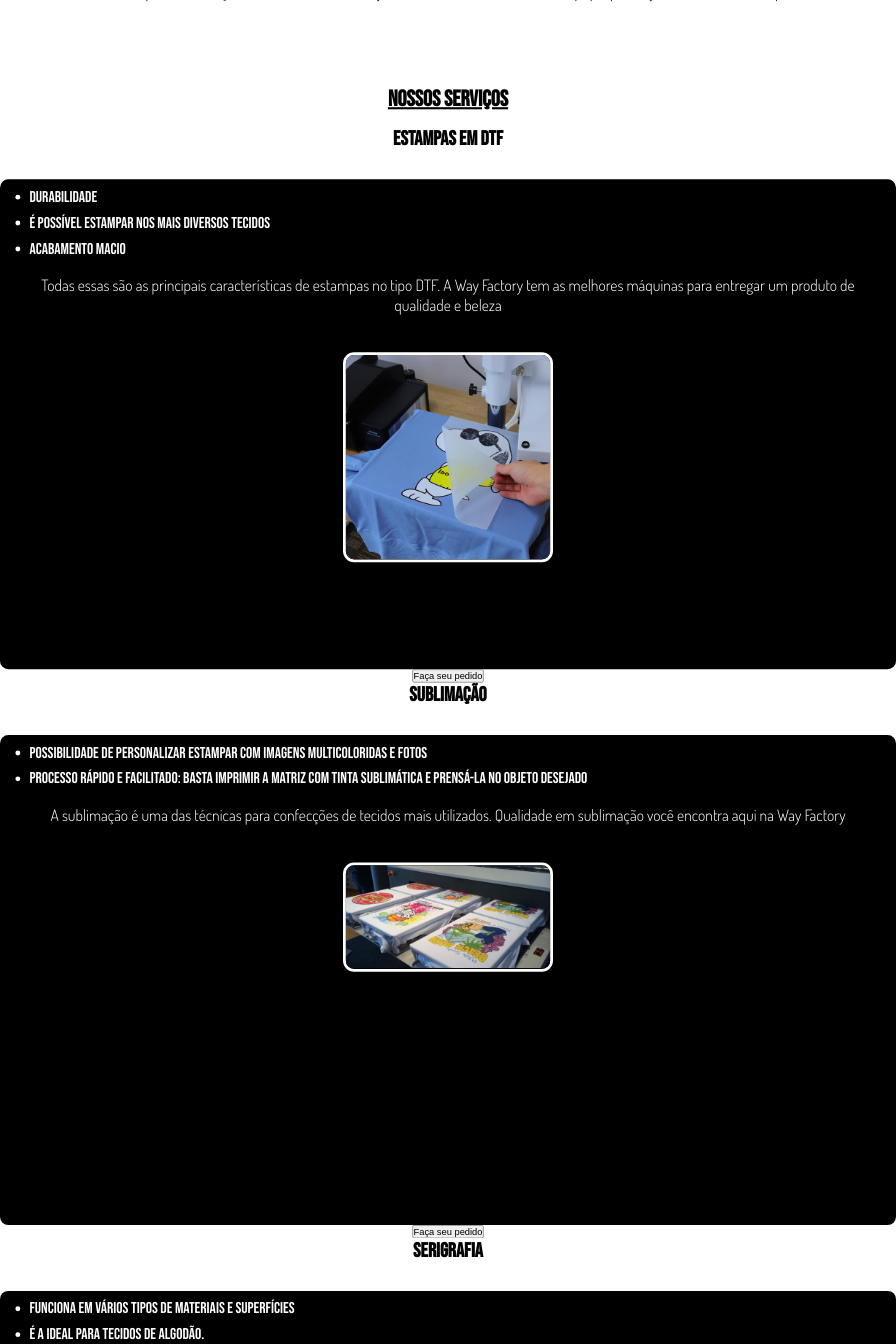
Repository: Leonngc/way-factory
Page: index.html
An editor plug-in stored every save of this project. The page is shown before and after the next save, followed by the edit.
The browser window is 1280 px wide. The pictures show the part of the page from y = 433 to 2353 px (the page is 3522 px tall), at 70% of full size.
Some icons come from a web library that is not loaded, so they are not drawn.

Above is the page before, as saved 2023-02-08 22:37:39.

### index.html
<!DOCTYPE html>
<html lang="pt-br">
  <head>
    <meta charset="UTF-8" />
    <meta http-equiv="X-UA-Compatible" content="IE=edge" />
    <meta name="viewport" content="width=device-width, initial-scale=1.0" />
    <link rel="shortcut icon" href="favicon.ico" type="image/x-icon" />
    <link
      rel="stylesheet"
      href="https://cdn-uicons.flaticon.com/uicons-bold-rounded/css/uicons-bold-rounded.css"
    />
    <link rel="stylesheet" href="styles/index.css">
    <title>Way Factory</title>
  </head>
  <body>
    <header>
      <img src="" alt="" id="logo" />
      <menu>
        <button id="menu-burguer"><i class="fi fi-br-menu-burger" ></i></button>
        <ul id="links-menu">
          <li><a href="about.html">Sobre</a></li>
          <li><a href="order.html">Como fazer seu pedido</a></li>
          <li><a href="contacts.html">Contatos</a></li>
        </ul>
      </menu>
    </header>

    <main>
      <div class="container-slogan">
        <div class="slogans">
          <h2>CONFIABILIDADE</h2>
          <p>
            Trabalhamos lado-a-lado com você, cumprindo nossos serviços com
            agilidade, qualidade e paixão pelo o que fazemos
          </p>
        </div>

        <div class="slogans">
          <h2>QUALIDADE</h2>
          <p>
            A Way Factory preza pela alta qualidade da sua personalização
            utilizando as técnicas mais modernas do mercado
          </p>
        </div>

        <div class="slogans">
          <h2>DO SEU JEITO</h2>
          <p>
            Fazemos a personalização exatamente do seu jeito contando com a
            nossa equipe para ajudá-lo na hora do pedido.
          </p>
        </div>
      </div>

      <section>
        <h2>NOSSOS SERVIÇOS</h2>
        <div  class="container-services">
          <h3>ESTAMPAS EM DTF</h3>
          <div>
            <ul>
              <li>DURABILIDADE</li>
              <li>É POSSÍVEL ESTAMPAR NOS MAIS DIVERSOS TECIDOS</li>
              <li>ACABAMENTO MACIO</li>
            </ul>

            <p>
              Todas essas são as principais características de estampas no tipo
              DTF. A Way Factory tem as melhores máquinas para entregar um
              produto de qualidade e beleza
              <div class="container-img"><img src="images/dtf.png" alt="Imagem de uma estampa em DTF" /></div>
            </p>
          </div>

        </div>
        <button>Faça seu pedido</button>
        <div class="container-services">
          <h3>SUBLIMAÇÃO</h3>
          <div>
            <ul>
              <li>
                Possibilidade de personalizar estampar com imagens
                multicoloridas e fotos
              </li>
              <li>
                Processo rápido e facilitado: basta imprimir a matriz com tinta
                sublimática e prensá-la no objeto desejado
              </li>
            </ul>
            <p>
              A sublimação é uma das técnicas para confecções de tecidos mais
              utilizados. Qualidade em sublimação você encontra aqui na Way
              Factory
              <div class="container-img"><img src="images/sublimacao.png" alt="Imagem de uma estampa em sublimação" /></div>
            </p>
          </div>
        </div>

        <button>Faça seu pedido</button>

        <div class="container-services">
            <h3>SERIGRAFIA</h3>
            <div>
                <ul>
                    <li>Funciona em vários tipos de materiais e superfícies</li>
                    <li>é a ideal para tecidos de algodão.</li>
                </ul>
                <p>Também é uma das técnicas de estampas mais usadas atualmente. Serigrafia com alta resolução e qualidade é na Way Factory</p>
            </div>
          <img src="" alt=""/>
        </div>
        <button>Faça seu pedido</button>
      </section>
    </main>
        <div>
            <img src="images/180_camiseta_de_algodao_preta_p_m_g_gg_931_1_91c3eb3d1cbb91f6ca1f162f1c7263c0.png" alt="">
        </div>
    <footer>
      <ul>
        <li>Endereço</li>
        <li>Telefone</li>
        <li>Instagram</li>
      </ul>
    </footer>
  </body>
</html>

### styles/index.css
@charset "UTF-8";

@import url('https://fonts.googleapis.com/css2?family=Bebas+Neue&display=swap');
@import url('https://fonts.googleapis.com/css2?family=Dosis:wght@300&display=swap');

:root{
    --bebas-neue: 'Bebas Neue', cursive;
    --dosis:'Dosis', sans-serif;
}

*{
    margin: 0px;
    padding: 0px;
    box-sizing: border-box;
}

header{
    background-color: black;
    height: 20vh;
    max-width: 100vw;
    width: 100vw;
    margin-bottom: 25px;
}
#menu-burguer{
    background-color: rgba(245, 245, 220, 0);
    color: white;
    font-size: 30px;
    padding: 9px;
}
#links-menu{
    background-color: white;
    max-width: 100vw;
    width: 100vw;
    display: none;
}
menu > ul > li > a{
    color: rgb(3, 3, 3);
    font-family: var(--bebas-neue);
    font-size: 18px;
    margin-left: 20px;
}

menu > ul > li{
    list-style: circle;
    padding: 6px;
}
.container-slogan{
    margin: 40px;
}
.slogans{
    text-align: center;
    font-family: var(--bebas-neue);
    margin-top: 25px;
}

.slogans > h2{
    font-size: 1.8em;
}

.slogans > p{
    font-size: 1.6em;
    font-family: var(--dosis);
}

section{
    text-align: center;
    margin-top: 100px;
}

section > h2{
    font-family: var(--bebas-neue);
    padding: 20px;
    font-size: 2em;
    text-decoration: underline;
}


.container-services > h3{
    font-family: var(--bebas-neue);
    font-size: 1.8em;
}

.container-services > div{
    margin-top: 40px;
    background-color: black;
    color: white;
    height: 700px;
    padding: 12px;
    border-radius: 12px;
}

.container-services > div > ul > li{
    text-align: left;
    margin-left: 30px;
    margin-bottom: 10px;
    font-size: 1.4em;
    font-family: var(--bebas-neue);
}

.container-services > div > p{
    font-family: var(--dosis);
    font-size: 1.4em;
    padding: 14px;
    margin-bottom: 40px;
}

.container-img > img{
    border: 4px solid white;
    border-radius: 16px;
    width: 300px;
}

After the next save:
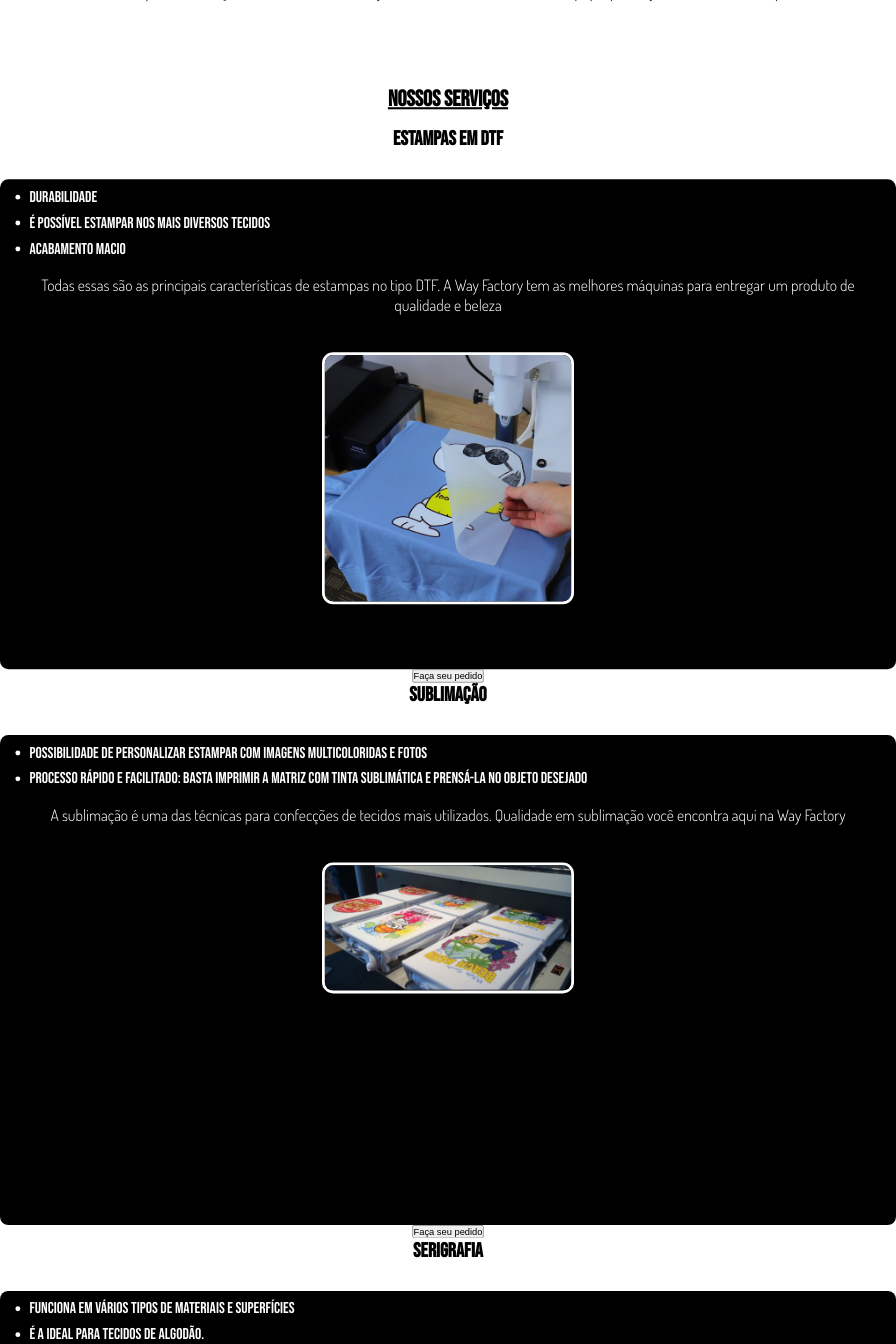
Saved 8 s later.
--- a/styles/index.css
+++ b/styles/index.css
@@ -107,5 +107,5 @@
 .container-img > img{
     border: 4px solid white;
     border-radius: 16px;
-    width: 300px;
+    width: 360px;
 }
